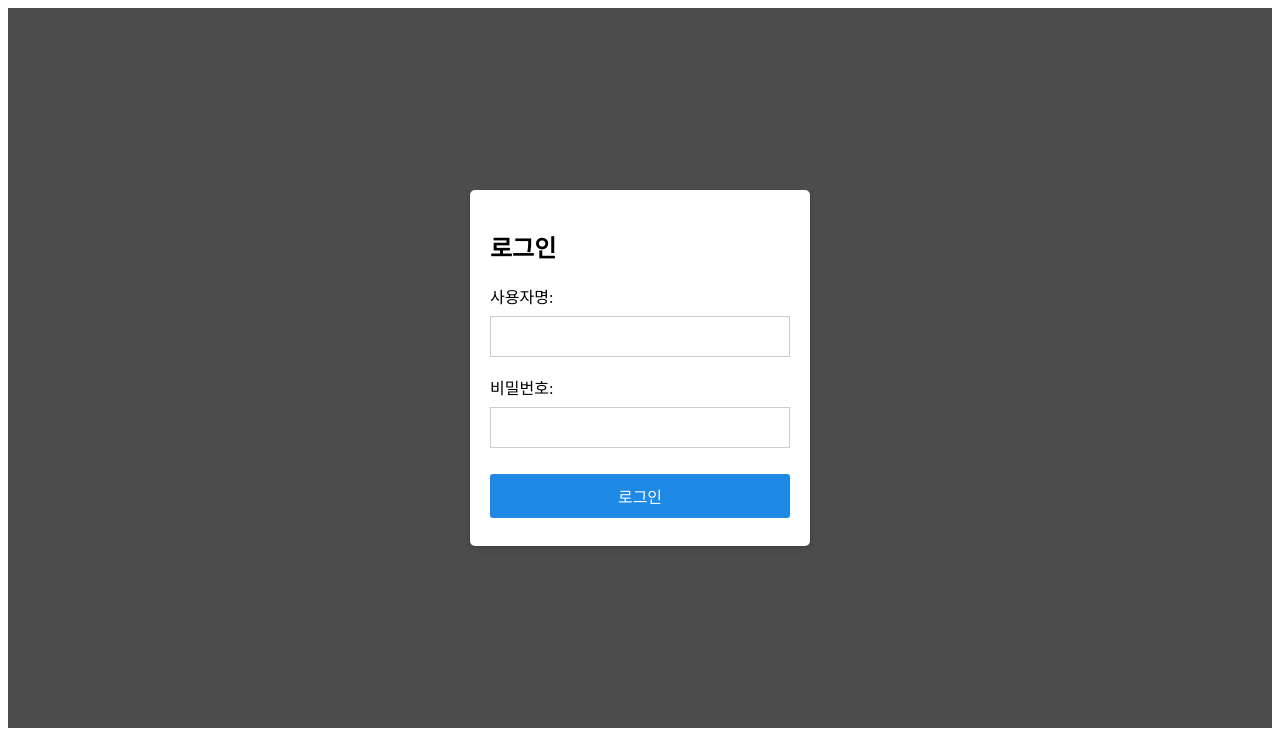
Repository: NewTurn2017/MyChome
Page: index.html
These files come from the project's save history. The page is drawn as it stood at one moment and after the next save; the edit follows.
The browser window is 1280 px wide. The pictures show the whole page.
The page's requests for data from a server got no answer.

Above is the page before, as saved 2023-04-17 23:44:48.

After the next save:
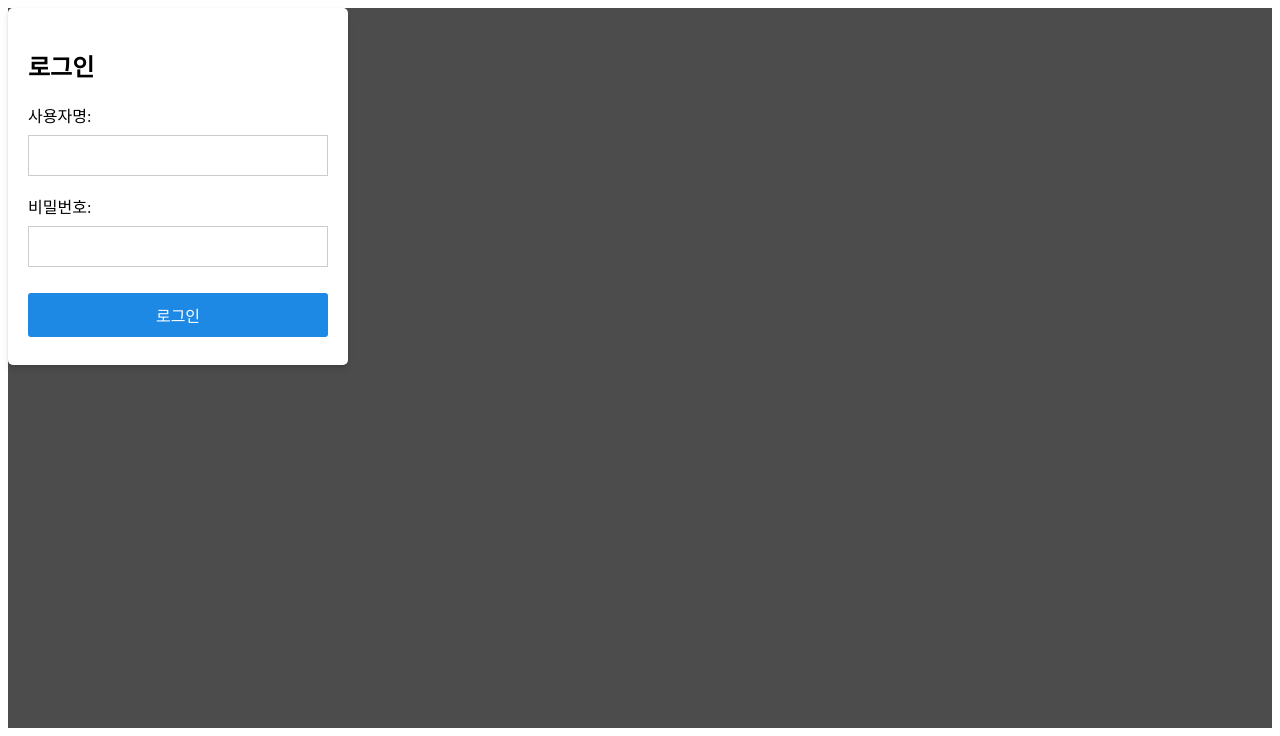
Saved 28 s later.
--- a/main.js
+++ b/main.js
@@ -14,9 +14,26 @@
     alert('로그인되었습니다.')
     // 로그인 성공 시 mainContent div를 표시함
     document.getElementById('mainContent').style.display = 'block'
-    // 로그인 성공 시 loginContainer를 숨김
-    loginContainer.style.display = 'none'
+    document.getElementById('loginContainer').style.display = 'none'
+
+    // 로그인 상태를 localStorage에 저장
+    localStorage.setItem('isLoggedIn', true)
   } else {
     alert('아이디 또는 비밀번호가 올바르지 않습니다.')
   }
 })
+
+// 페이지 로드 시 로그인 상태 확인
+document.addEventListener('DOMContentLoaded', function () {
+  const isLoggedIn = localStorage.getItem('isLoggedIn')
+
+  if (isLoggedIn === 'true') {
+    // 로그인된 상태이면 mainContent를 표시하고 loginContainer를 숨김
+    document.getElementById('mainContent').style.display = 'block'
+    document.getElementById('loginContainer').style.display = 'none'
+  } else {
+    // 로그인되지 않은 상태이면 mainContent를 숨기고 loginContainer를 표시
+    document.getElementById('mainContent').style.display = 'none'
+    document.getElementById('loginContainer').style.display = 'block'
+  }
+})

After the save that followed:
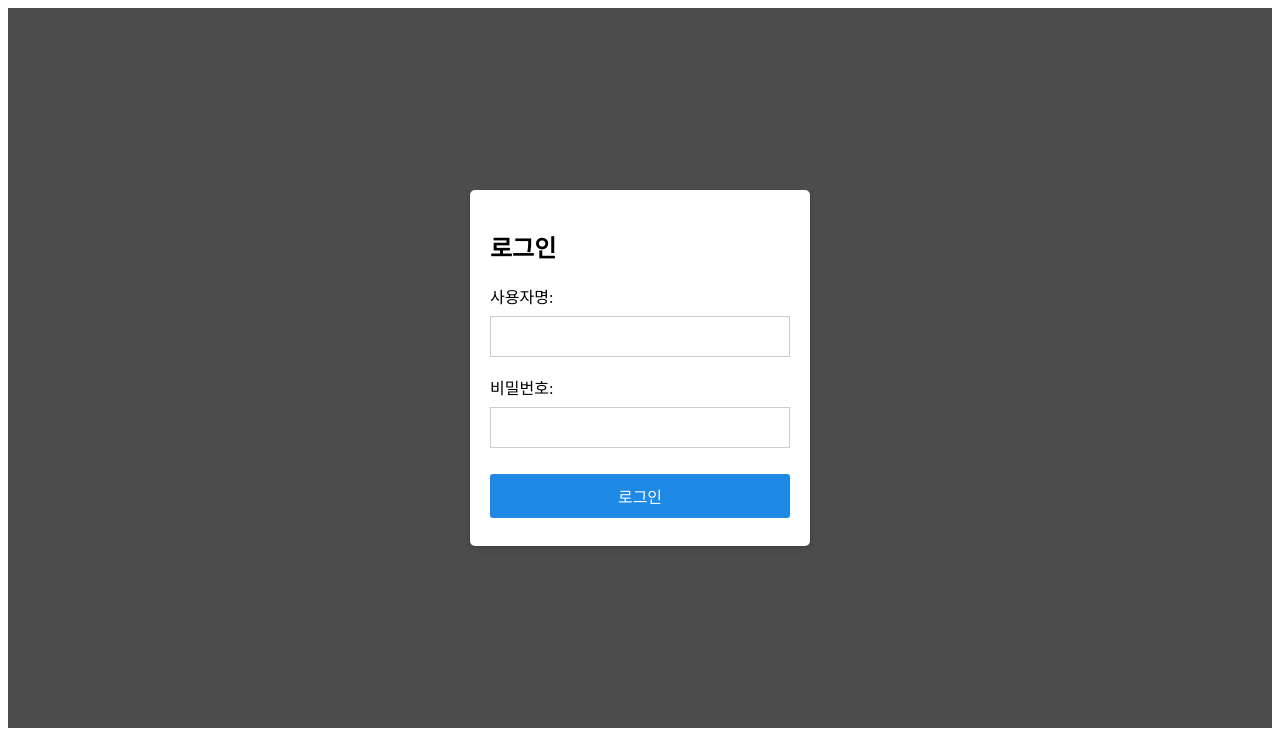
Saved 15 s later.
--- a/main.js
+++ b/main.js
@@ -14,26 +14,9 @@
     alert('로그인되었습니다.')
     // 로그인 성공 시 mainContent div를 표시함
     document.getElementById('mainContent').style.display = 'block'
-    document.getElementById('loginContainer').style.display = 'none'
-
-    // 로그인 상태를 localStorage에 저장
-    localStorage.setItem('isLoggedIn', true)
+    // 로그인 성공 시 loginContainer를 숨김
+    loginContainer.style.display = 'none'
   } else {
     alert('아이디 또는 비밀번호가 올바르지 않습니다.')
   }
 })
-
-// 페이지 로드 시 로그인 상태 확인
-document.addEventListener('DOMContentLoaded', function () {
-  const isLoggedIn = localStorage.getItem('isLoggedIn')
-
-  if (isLoggedIn === 'true') {
-    // 로그인된 상태이면 mainContent를 표시하고 loginContainer를 숨김
-    document.getElementById('mainContent').style.display = 'block'
-    document.getElementById('loginContainer').style.display = 'none'
-  } else {
-    // 로그인되지 않은 상태이면 mainContent를 숨기고 loginContainer를 표시
-    document.getElementById('mainContent').style.display = 'none'
-    document.getElementById('loginContainer').style.display = 'block'
-  }
-})
